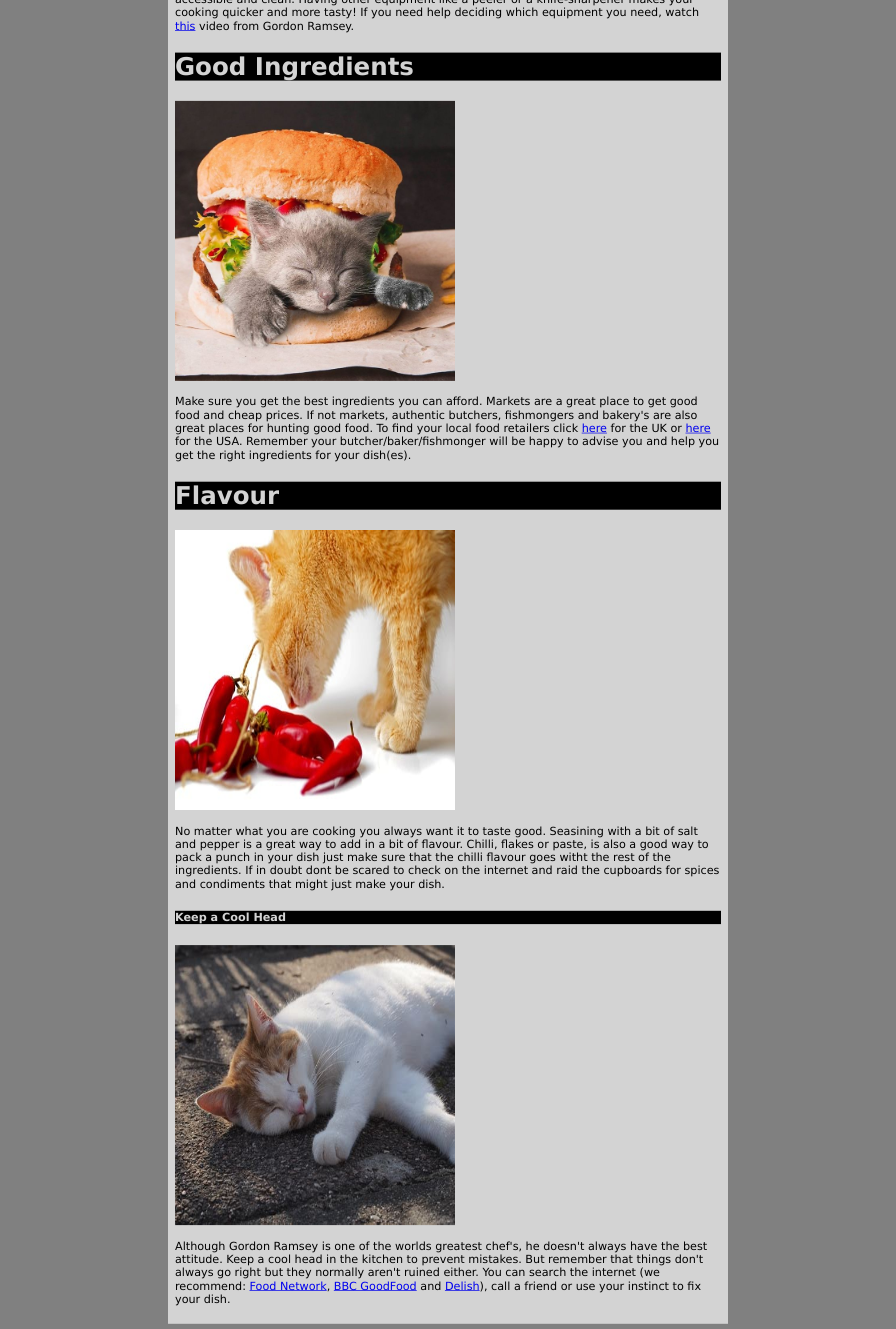
Repository: evamaltby/catsandcooking
Page: index.html
The author's editor kept a record of every edit. The page is drawn from the files as they stood at one moment, then again after the next edit.
The browser window is 1280 px wide. The pictures show the part of the page from y = 923 to 2843 px (the page is 2822 px tall before and 2843 px after), at 70% of full size.

Above is the page before.
Not found: css/normalize.css

After the next edit:
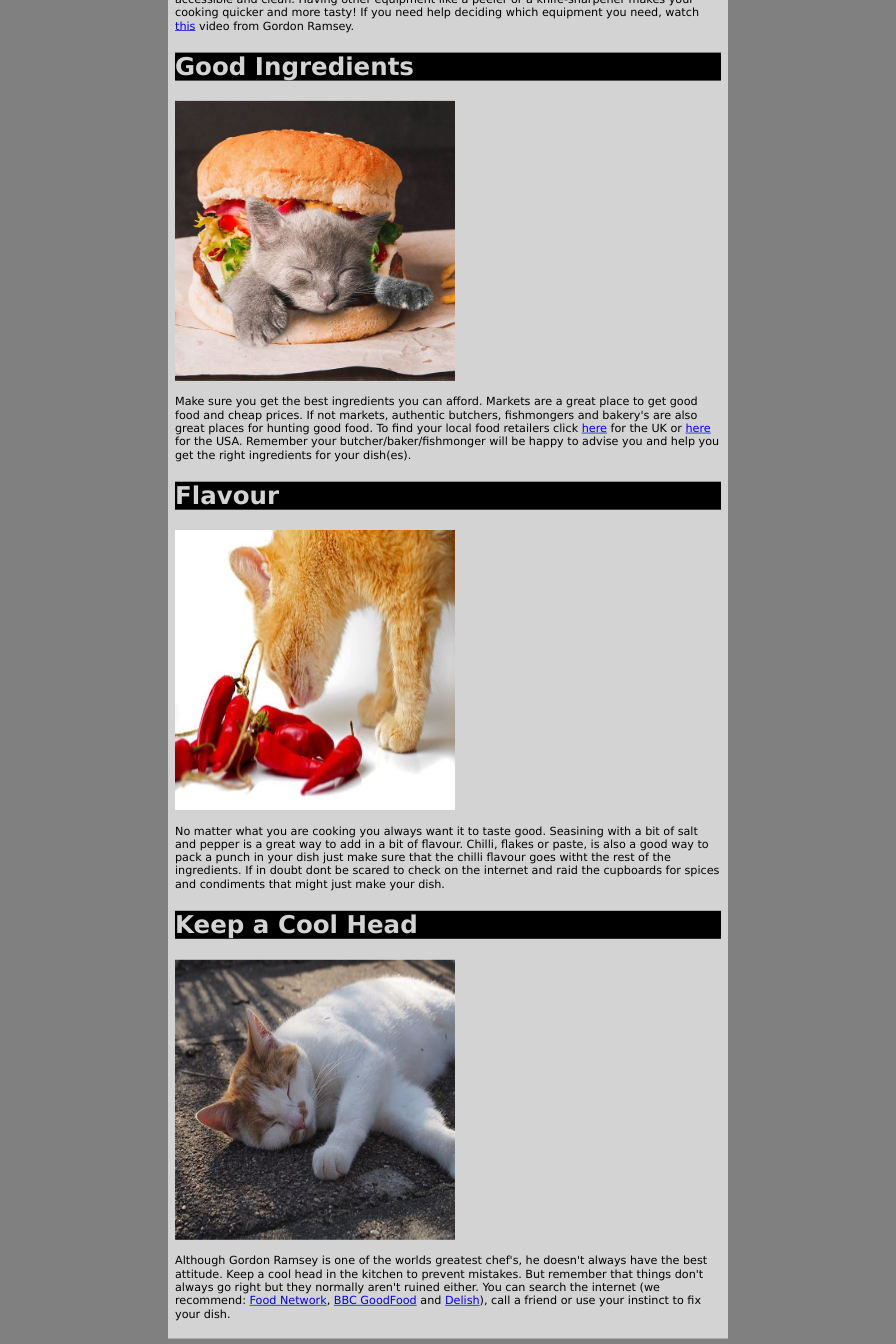
The edit:
--- a/index.html
+++ b/index.html
@@ -65,7 +65,7 @@
             and raid the cupboards for spices and condiments that
             might just make your dish. </p>
 
-            <h2><p style="font-family:verdana">Keep a Cool Head</h2>
+            <h2>Keep a Cool Head</h2>
             <img src="Images/relaxcat.jpg" width="400" height="400" alt="Cat feeling relaxed">
             <p><p style="font-family:verdana"> Although Gordon Ramsey
             </a> is one of the worlds greatest
